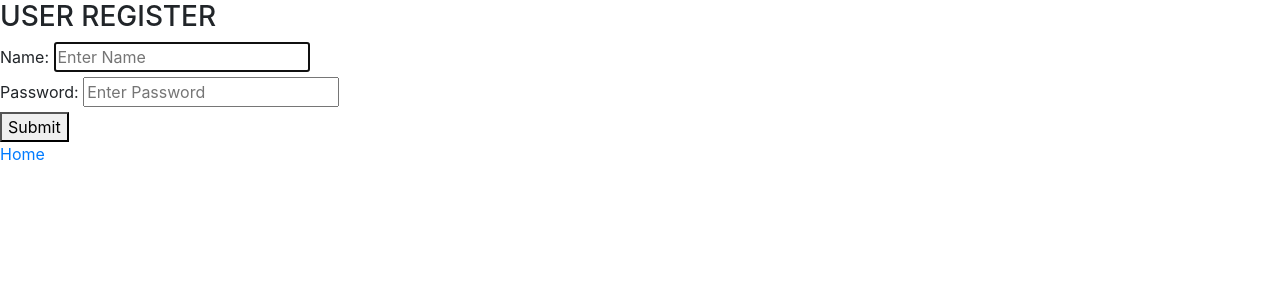
Repository: SHARMILAG97/WebApplication
Page: http://localhost/waterplant_web/userregister.jsp
The author's editor kept a copy of each file at every save. The page is drawn from the files as they stood at one save, then again after the next save.
The browser window is 1280 px wide. The pictures show the whole page.
The page is served by Tomcat 9.

Above is the page before, as saved 2019-09-12 17:18:35.
Console error: TypeError: Cannot read properties of undefined (reading 'fn')

After the next save:
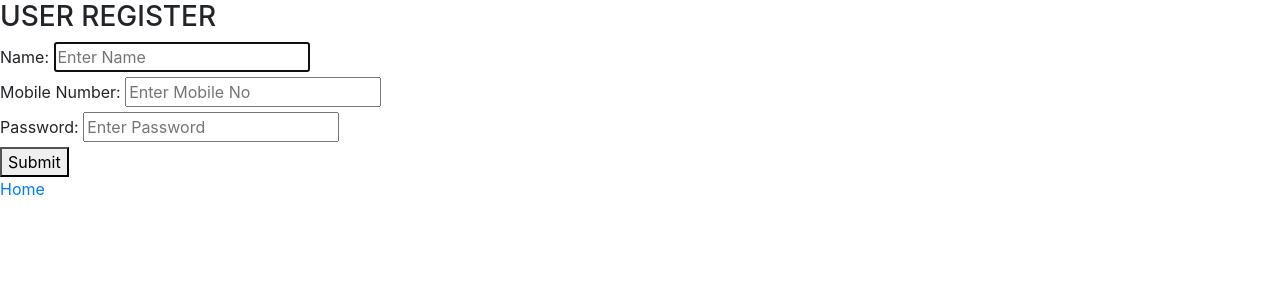
Saved 12 s later.
--- a/waterplant_web/src/main/webapp/userregister.jsp
+++ b/waterplant_web/src/main/webapp/userregister.jsp
@@ -15,6 +15,10 @@
 <input type="text" name="name" id="name" placeholder="Enter Name" required autofocus/>
 <br/>
 
+<label>Mobile Number:</label>
+<input type="text" name="mobileno" id="mobileno" placeholder="Enter Mobile No" required autofocus/>
+<br/>
+
 <label>Password:</label>
 <input type="password" name="password" id="password" placeholder="Enter Password" required />
 <br/>
